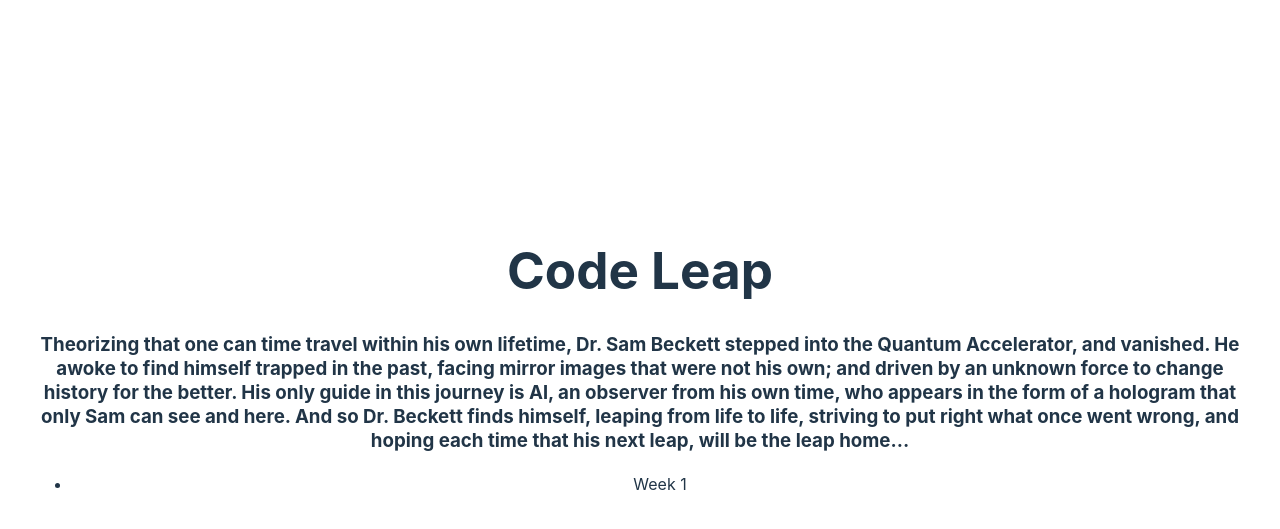
Repository: mplayer78/code-leap
Page: /
An editor plug-in stored every save of this project. The page is shown before and after the next save, followed by the edit.
The browser window is 1280 px wide. The pictures show the whole page.
The project was rebuilt for these pictures with package versions that can differ from the ones it lists, and the page was loaded fresh each time. Also part of the build but not shown: vite.config.ts.

Above is the page before, as saved 2022-08-28 09:35:10.

After the next save:
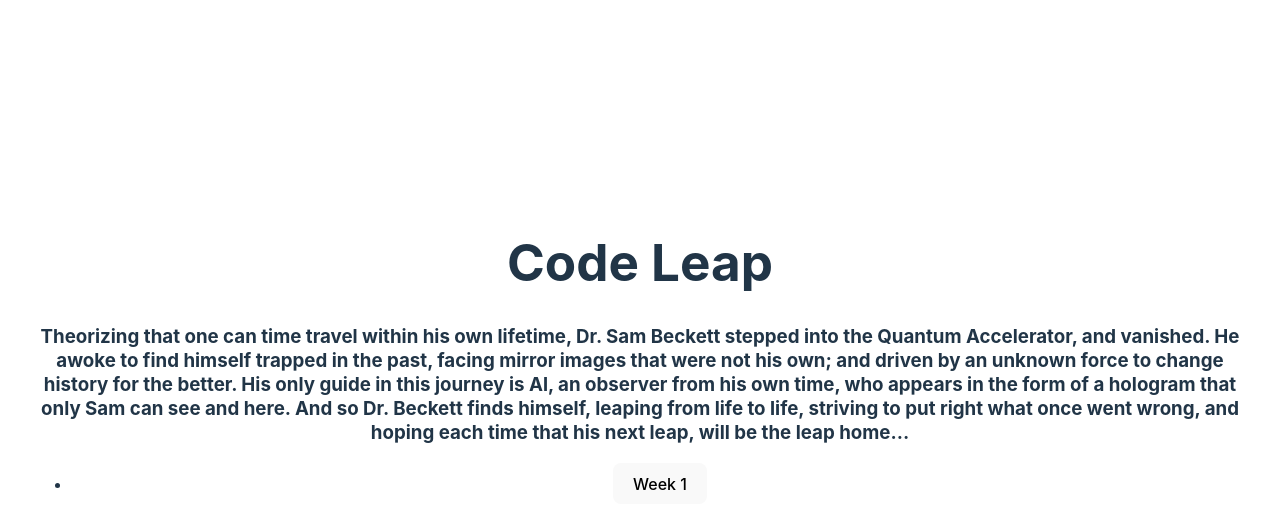
Saved 29 s later.
--- a/src/components/DaysList.vue
+++ b/src/components/DaysList.vue
@@ -6,7 +6,7 @@ import challenges from '../challenges/challenges'
 <template>
   <ul>
     <li v-for="challenge, index in challenges" :key="challenge.id">
-      Week {{index + 1}}
+      <button>Week {{index + 1}}</button>
     </li>
   </ul>
 </template>
